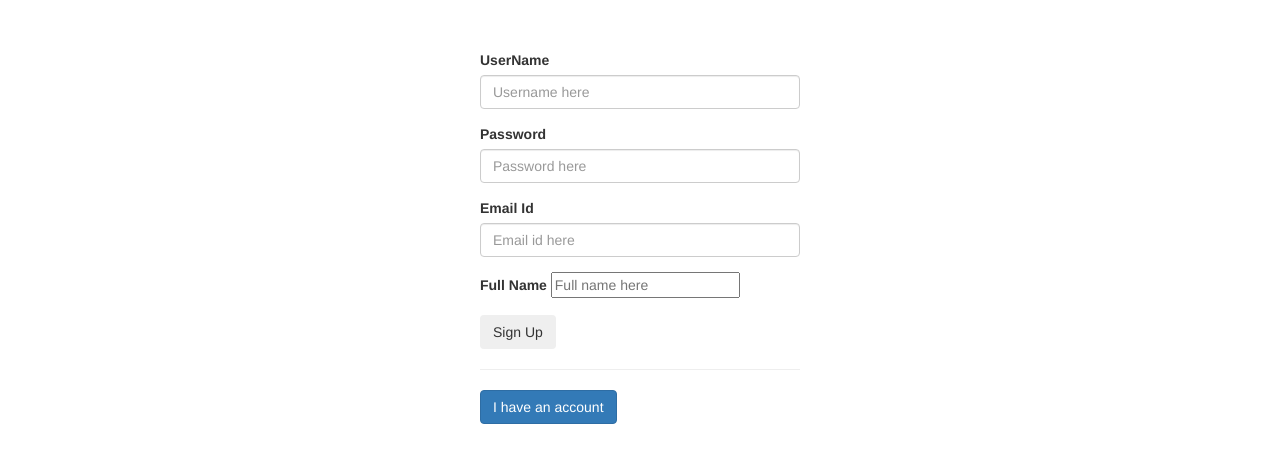
Repository: hamshini/demopro
Page: wippro/Application/WebContent/signup.html
These files come from the project's save history. The page is drawn as it stood at one moment and after the next save; the edit follows.
The browser window is 1280 px wide. The pictures show the whole page.

Above is the page before, as saved 2018-01-10 04:29:02.

After the next save:
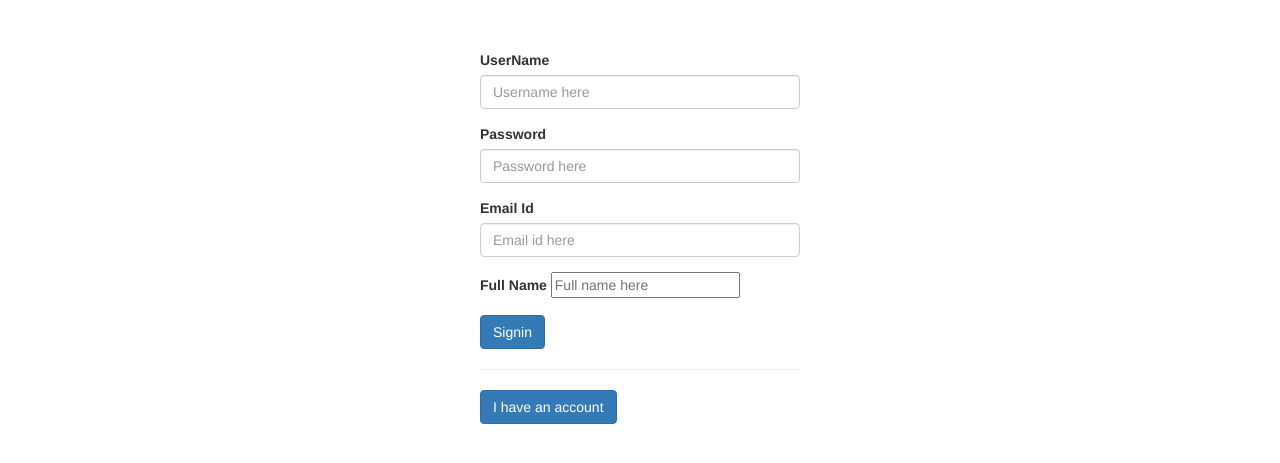
Saved 26 s later.
--- a/wippro/Application/WebContent/signup.html
+++ b/wippro/Application/WebContent/signup.html
@@ -27,7 +27,7 @@
     </div>
 
     <div class="clearfix">
-      <button type="submit" class="btn btn-secondary">Sign Up</button>
+      <input type="submit" value="Signin" class="btn btn-primary" />
       </div>
       <hr>
      <div>
